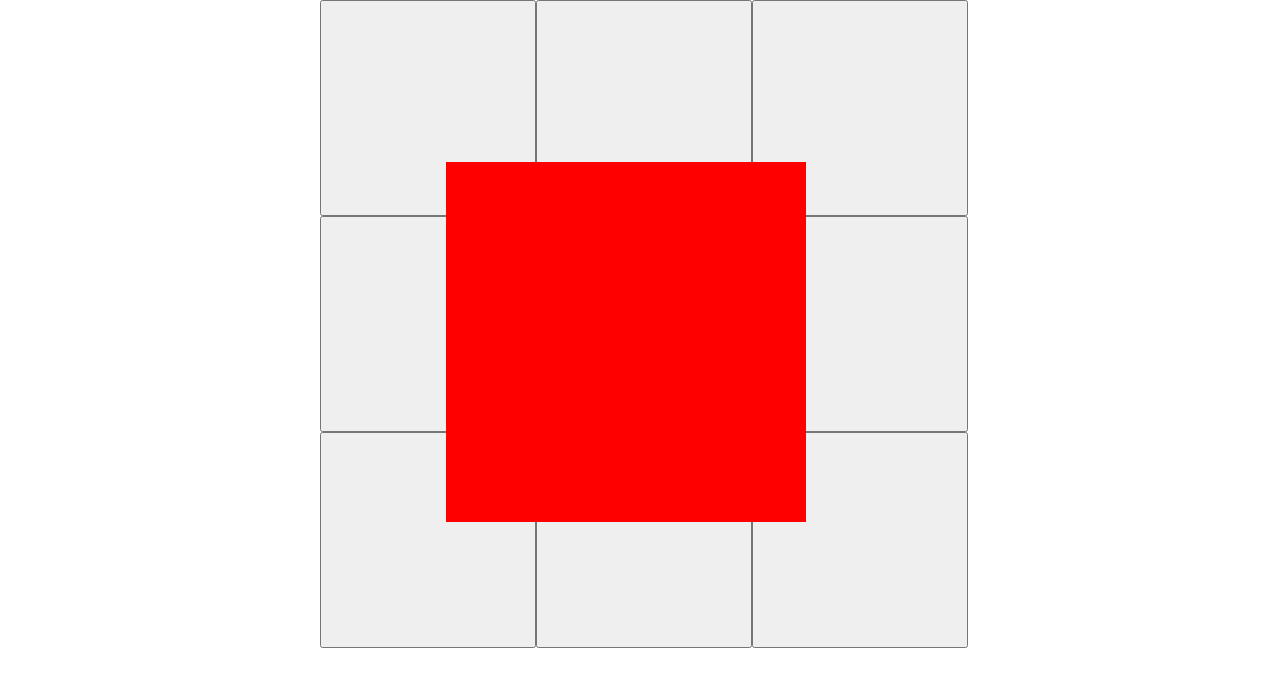
Repository: napan24/tic-tac-toe
Page: /
The author's editor kept a copy of each file at every save. The page is drawn from the files as they stood at one save, then again after the next save.
The browser window is 1280 px wide. The pictures show the whole page.
The project was rebuilt for these pictures with package versions that can differ from the ones it lists, and the page was loaded fresh each time. Also part of the build but not shown: src/App.css.

Above is the page before, as saved 2022-06-14 17:00:25.

### src/App.js
import {useEffect} from 'react';
import logo from './logo.svg';
import './App.css';
import { FontAwesomeIcon } from '@fortawesome/react-fontawesome';
import { faXmark } from '@fortawesome/free-solid-svg-icons';
import { faCircle } from '@fortawesome/free-regular-svg-icons';
import './tik.css';
import { useState } from 'react';
import cross from './cross.jpeg';
import circle from './circle.png';
/* <FontAwesomeIcon icon={faXmark} size="5x" /> */
/* <FontAwesomeIcon icon={faCircle} size="5x"/> */

// const cl=event.currentTarget.id;
// const el = document.getElementById(cl);
// el.append(a);
function App() {
  const [board,setBoard]=useState([[" "," "," "],[" "," "," "],[" "," "," "]]);
  const [curr,setCurr]=useState(false);
  const [c,setC]=useState(null);
  const [row,setRow]=useState(0);
  const [col,setCol]=useState(0);
  const [win,setWin]=useState(false);
  function update(r,c){
    setBoard((prevstate)=>{
      let newBoard=[...prevstate];
      newBoard[r][c]=curr?"/":"+";
      return newBoard;
    });
    setRow(r);
    setCol(c);
  }
  useEffect(() => {
    func();
  }, [board])
  // useEffect(() => {

  // }, [win])

  function func(){
    if(board[row][col]===" "){
      return;
    }
    let count=0;
    let i=row;
    while(i<3){
      if(board[i][col]==board[row][col]){
        count++;
      }
      i++;
    }
    if(count==3){
      console.log('a');
      setWin(true);
    }
    count--;
    i=row;
    while(i>=0){
      if(board[i][col]==board[row][col]){
        count++;
      }
      i--;
    }
    console.log(count);
    if(count==3){
      console.log('a');
      setWin(true);
    }
    let j=col;
    count=0;
    while(j<3){
      if(board[row][j]==board[row][col]){
        count++;
      }
      j++;
    }
    if(count==3){
      console.log('a');
      setWin(true);
    }
    count--;
    j=col;
    while(j>=0){
      if(board[row][j]==board[row][col]){
        count++;
      }
      j--;
    }
    console.log(count);
    if(count==3){
      console.log('a');
      setWin(true);
    }
  }
  const handleClick = event => {
    const cl=event.currentTarget.id;
    document.getElementById(cl).style.background =curr?"url("+cross+")":"url("+circle+")";
    document.getElementById(cl).style.backgroundSize="cover";
    document.getElementById(cl).style.backgroundRepeat="no-repeat";
    let a;
    if(cl=="r1column1"){
      update(0,0);
    }
    if(cl=="r1column2"){
      update(0,1);
    }
    if(cl=="r1column3"){
      update(0,2);
    }
    if(cl=="r2column1"){
      update(1,0);
    }
    if(cl=="r2column2"){
      update(1,1);
    }
    if(cl=="r2column3"){
      update(1,2);
    }
    if(cl=="r3column1"){
      update(2,0);
    }
    if(cl=="r3column2"){
      update(2,1);
    }
    if(cl=="r3column3"){
      update(2,2);
    }
    setCurr(!curr);
  };
  const box={
    height:"30vmin",
    width:"30vmin"
  }
  return (
    <>
    <div id="mainblock">
      <div id="win" style={{backgroundColor:"red",height:"50vmin",width:"50vmin",position:"absolute",right:"25%",top:"25%"}}>
      </div>
      <div id="row1" style={{ display: "flex", justifyContent: "center", alignContent: "center" }}>
        <button id="r1column1" onClick={handleClick} style={box}></button>
        <button id="r1column2" onClick={handleClick} style={box}></button>
        <button id="r1column3" onClick={handleClick} style={box}></button>
      </div>
      <div id="row2" style={{ display: "flex", justifyContent: "center", alignContent: "center" }}>
        <button id="r2column1" onClick={handleClick} style={box}></button>
        <button id="r2column2" onClick={handleClick} style={box}></button>
        <button id="r2column3" onClick={handleClick} style={box}></button>
      </div>
      <div id="row" style={{ display: "flex", justifyContent: "center", alignContent: "center" }}>
        <button id="r3column1" onClick={handleClick} style={box}></button>
        <button id="r3column2" onClick={handleClick} style={box}></button>
        <button id="r3column3" onClick={handleClick} style={box}></button>
      </div>
    </div>
    </>
  );
}

export default App;

### src/tik.css
@media (max-width:500px) {
    #mainblock{
        position:relative;
        left:5vw;
        display: inline-block;
    }
}
@media (max-width:2560px) and (min-width:501px){
    #mainblock{
        position: relative;
        left:25vw;
        display: inline-block;
    }
}

Loaded but not shown: public/index.html (common file); src/index.js (common file); src/index.css (common file); src/reportWebVitals.js (common file)

After the next save:
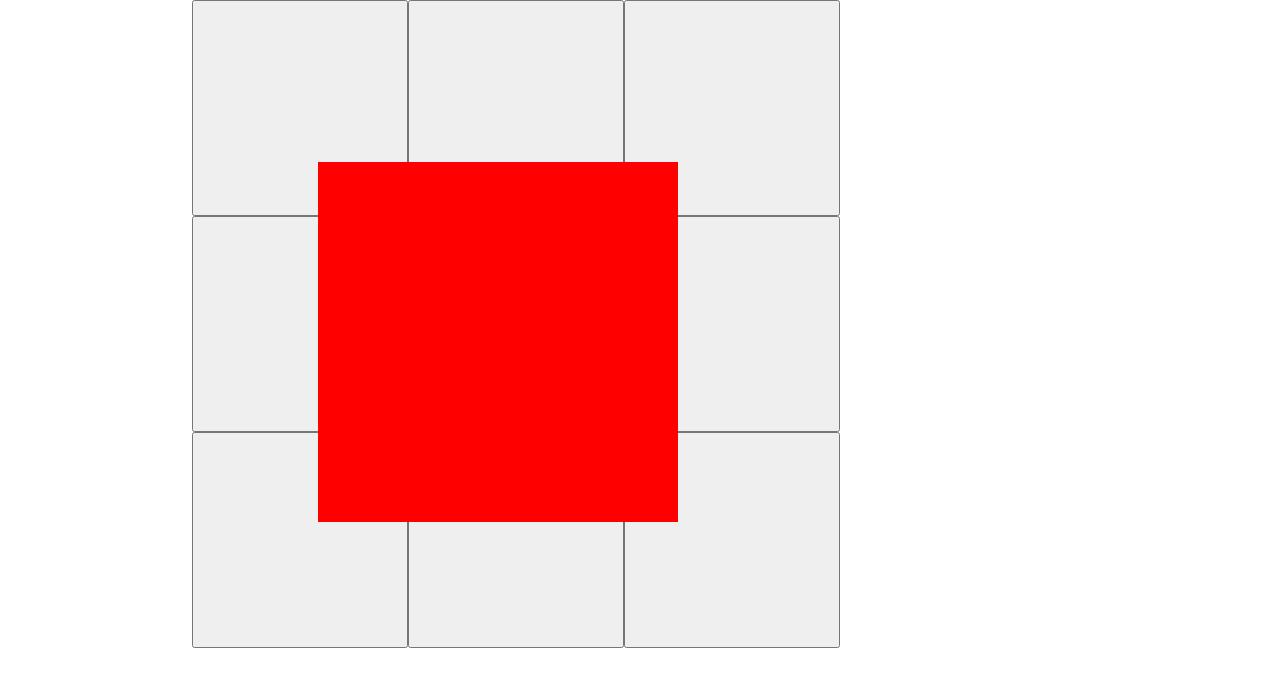
Saved 38 s later.
--- a/src/tik.css
+++ b/src/tik.css
@@ -8,7 +8,7 @@
 @media (max-width:2560px) and (min-width:501px){
     #mainblock{
         position: relative;
-        left:25vw;
+        left:15vw;
         display: inline-block;
     }
 }
